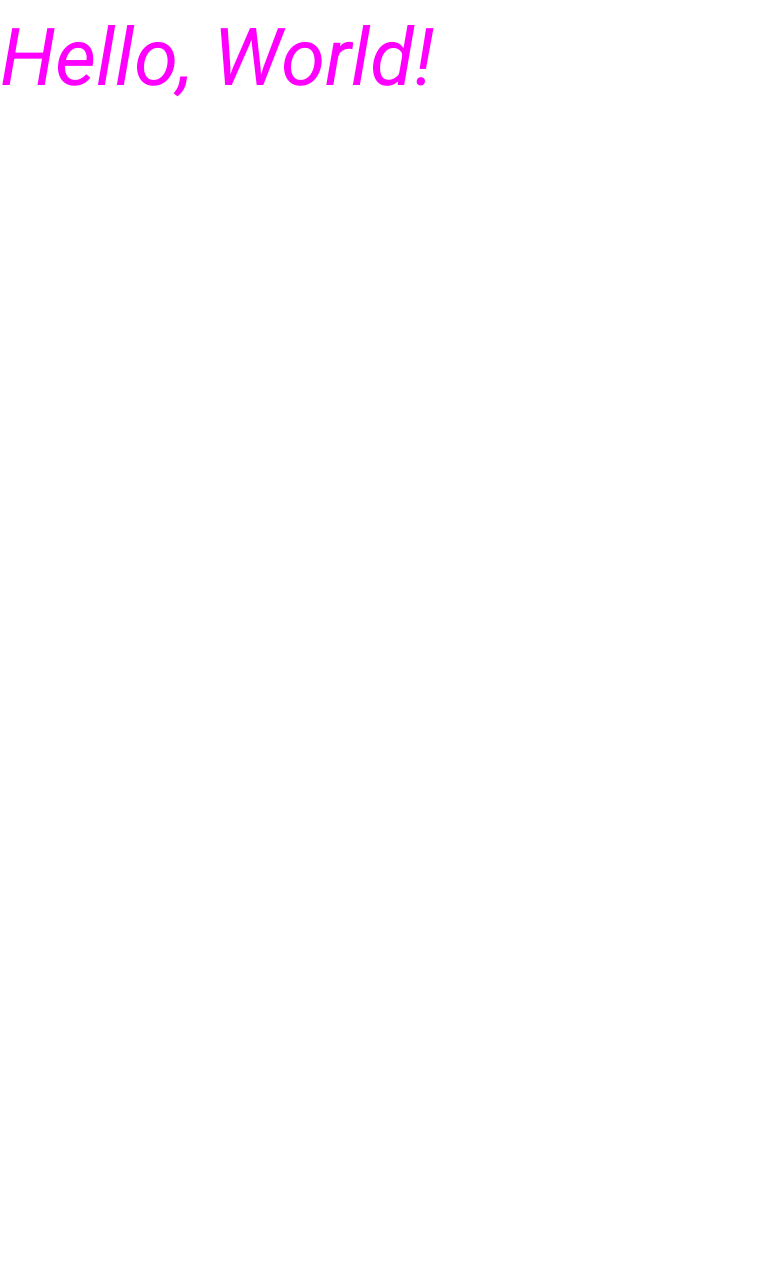
Repository: yjaeseok/gnssm_android_codelab
Layout: source/Day2-View/res/layout/day2view.xml
These files come from the project's save history. The layout is drawn as it stood at one moment and after the next save; the edit follows.
It is drawn on a 768 x 1280 px phone screen (xhdpi) without system bars, with theme AppTheme; the app's code is not run.

Above is the layout before, as saved 2014-04-02 11:00:00.

### source/Day2-View/res/layout/day2view.xml
<?xml version="1.0" encoding="utf-8"?>
<LinearLayout xmlns:android="http://schemas.android.com/apk/res/android"
    android:layout_width="match_parent"
    android:layout_height="match_parent"
    android:orientation="vertical" >

    <TextView
        android:layout_width="wrap_content"
        android:layout_height="wrap_content"
        android:text="Hello, World!"
        android:textSize="40dp"
        android:textStyle="italic"
        android:textColor="#FF00FF"
        />
</LinearLayout>

Loaded but not shown: source/Day2-View/res/values/styles.xml (common file); source/Day2-View/res/values-v11/styles.xml (common file); source/Day2-View/res/values-v14/styles.xml (common file)

After the next save:
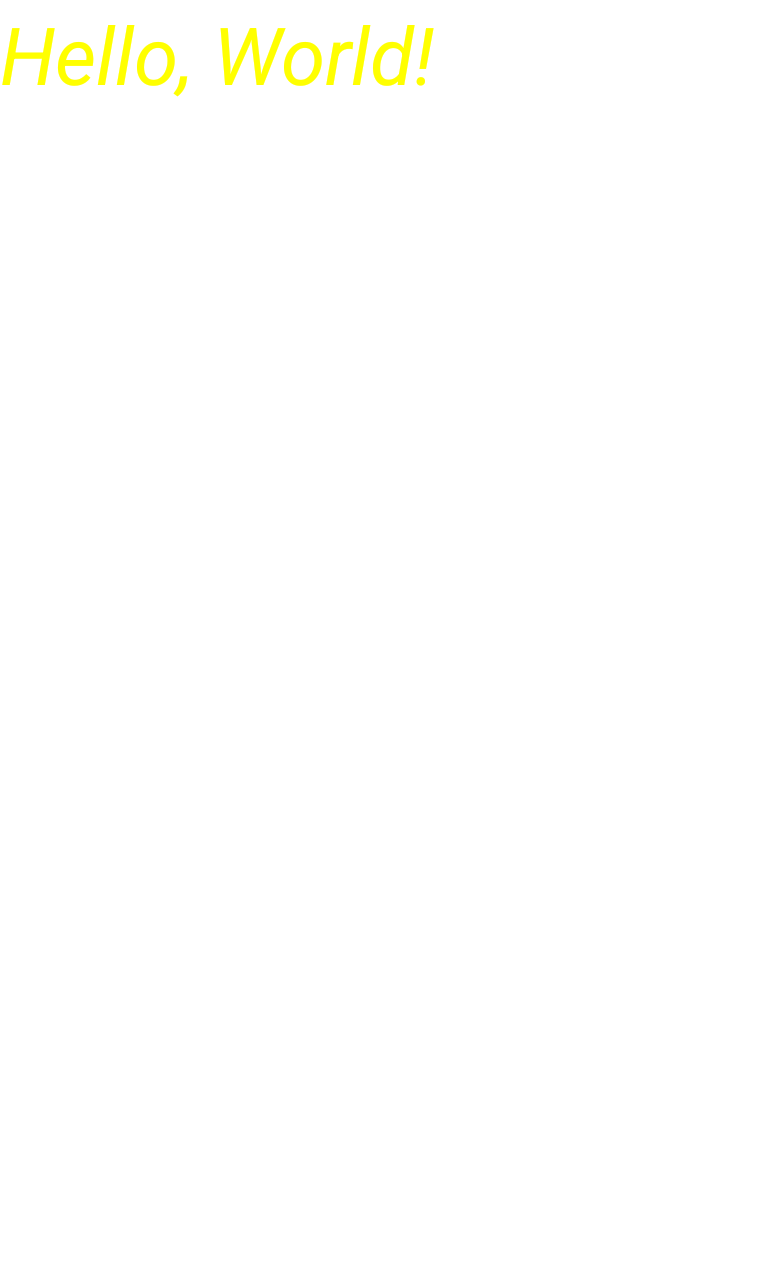
Saved 6 s later.
--- a/source/Day2-View/res/layout/day2view.xml
+++ b/source/Day2-View/res/layout/day2view.xml
@@ -10,6 +10,6 @@
         android:text="Hello, World!"
         android:textSize="40dp"
         android:textStyle="italic"
-        android:textColor="#FF00FF"
+        android:textColor="#FFFF00"
         />
 </LinearLayout>
